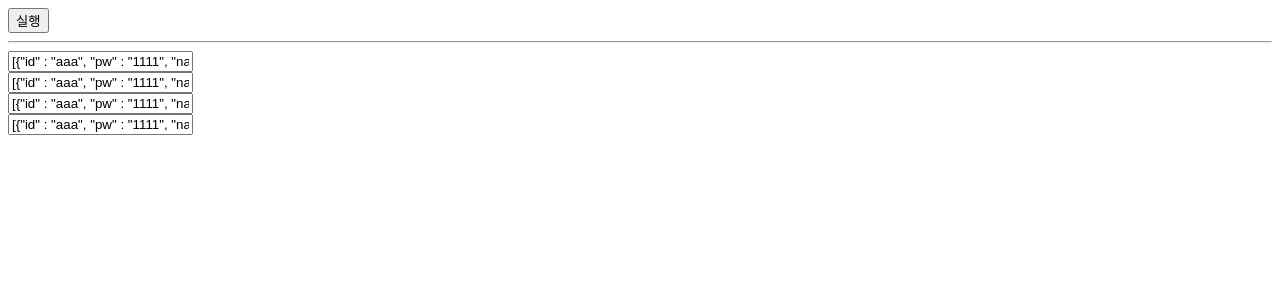
Repository: jinseon5462/Study_Jsp2
Page: http://localhost/ajax_crud/listView.jsp
These files come from the project's save history. The page is drawn as it stood at one moment and after the next save; the edit follows.
The browser window is 1280 px wide. The pictures show the whole page.
After loading, the first visible `#btn` was clicked once.
The page is served by Tomcat 9.

Above is the page before, as saved 2023-01-03 12:04:20.

After the next save:
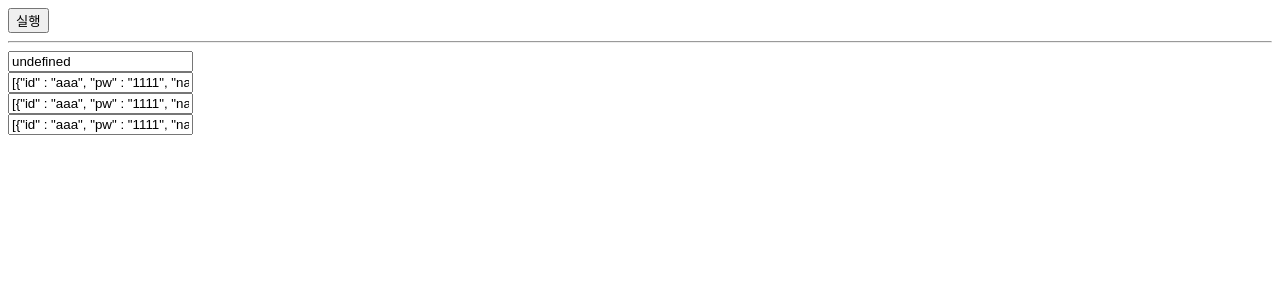
Saved 13 s later.
--- a/jsp_ws/ajax_crud/src/main/webapp/listView.jsp
+++ b/jsp_ws/ajax_crud/src/main/webapp/listView.jsp
@@ -23,7 +23,8 @@
 			let jsonStr = this.responseText;
 			alert(jsonStr);
 			let obj = JSON.parse(jsonStr);
-			document.getElementById("id").value = this.responseText;
+
+			document.getElementById("id").value = obj.id;
 			document.getElementById("pw").value = this.responseText;
 			document.getElementById("name").value = this.responseText;
 			document.getElementById("tel").value = this.responseText;
